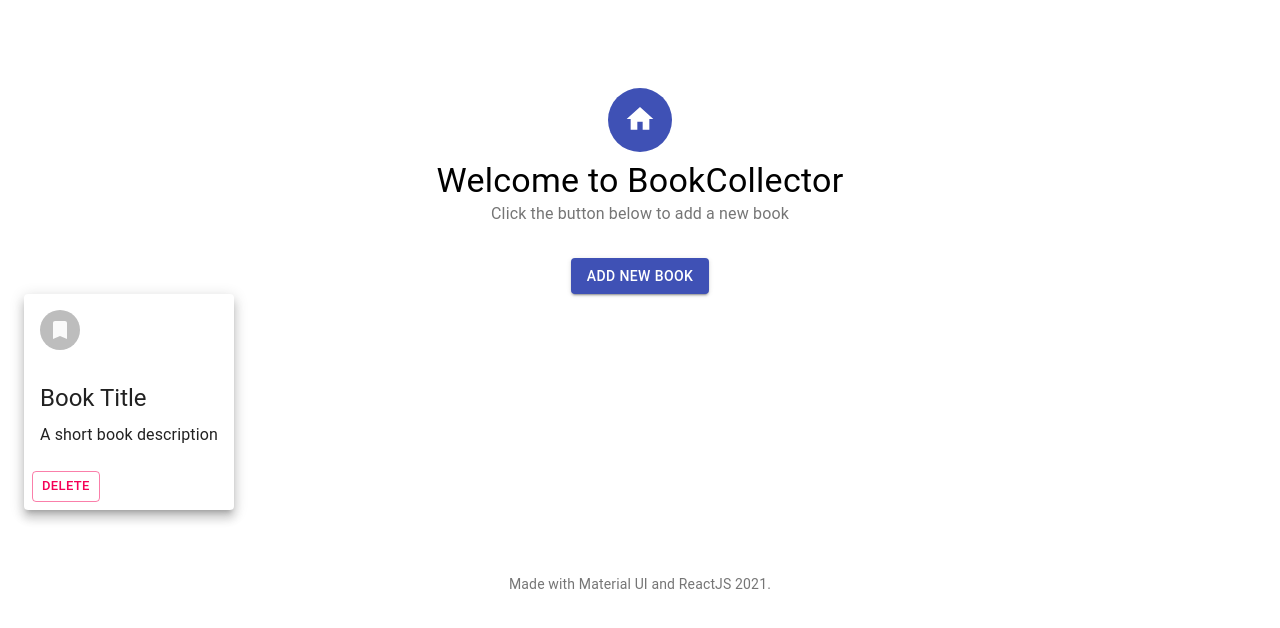
Repository: Colo-Codes/mini-project-react-book-collector
Page: /
An editor plug-in stored every save of this project. The page is shown before and after the next save, followed by the edit.
The browser window is 1280 px wide. The pictures show the whole page.
The project was rebuilt for these pictures with package versions that can differ from the ones it lists, and the page was loaded fresh each time. Also part of the build but not shown: src/Books/AddBookForm.js.

Above is the page before, as saved 2021-08-25 09:29:04.

### src/App.js
import React, { useState } from 'react';

import { Box, Button, makeStyles } from '@material-ui/core';
import { Home } from '@material-ui/icons';

import AddBookForm from './Books/AddBookForm';
import Copyright from './UI/Copyright';
import Header from './UI/Header';
import BooksGrid from './Books/BooksGrid';

const useStyles = makeStyles(theme => ({
  paper: {
    marginTop: theme.spacing(10),
    display: 'flex',
    flexDirection: 'column',
    alignItems: 'center',
  },
  icon: {
    color: 'white',
    width: theme.spacing(4),
    height: theme.spacing(4),
  },
  button: {
    marginTop: theme.spacing(4),
  }
}));

function App() {
  const [showAddBookForm, setShowAddBookForm] = useState(false);

  const classes = useStyles();

  const addNewBookHandler = () => {
    setShowAddBookForm(true);
  }

  return (
    <React.Fragment>
      <header className={classes.paper}>
        {showAddBookForm && <AddBookForm />} {/* Conditional Rendering */}
        {!showAddBookForm && <Header headerIcon={<Home className={classes.icon} />} headerContent={'Welcome to BookCollector'} textContent={'Click the button below to add a new book'} />} {/* Conditional Rendering */}
        {!showAddBookForm && <Button variant="contained" color="primary" onClick={addNewBookHandler} className={classes.button} >Add new book</Button>} {/* Conditional Rendering */}
      </header>
      <main>
        <BooksGrid />
      </main>
      <footer>
        <Box mt={8}><Copyright /></Box>
      </footer>
    </React.Fragment>
  );
}

export default App;

### src/UI/Copyright.js
import { Typography } from "@material-ui/core";
import { Link } from "@material-ui/core";

function Copyright() {
    return (
        <Typography variant="body2" color="textSecondary" align="center">
            {'Made with '}
            <Link color="inherit" href="https://material-ui.com/" target="_blank">
                Material UI
            </Link>{' and '}
            <Link color="inherit" href="https://reactjs.org/" target="_blank">
                ReactJS
            </Link>{' '}
            {new Date().getFullYear()}
            {'.'}
        </Typography>
    );
}

export default Copyright;

### src/UI/Header.js
import { Avatar, Typography, makeStyles } from "@material-ui/core";
import { Home } from '@material-ui/icons';

const useStyles = makeStyles(theme => ({
    paper: {
        // marginTop: theme.spacing(10),
        display: 'flex',
        flexDirection: 'column',
        alignItems: 'center',
    },
    avatar: {
        margin: theme.spacing(1),
        width: theme.spacing(8),
        height: theme.spacing(8),
        backgroundColor: theme.palette.primary.main,
    },
    lightGray: {
        color: theme.palette.text.secondary,
    },
}));

const Header = props => {
    const classes = useStyles();

    return (
        <div className={classes.paper}>
            <Avatar className={classes.avatar}>
                <div className={classes.icon}>{props.headerIcon}</div>
            </Avatar>
            <Typography variant="h4" component="h2">{props.headerContent}</Typography>
            <Typography variant="body1" className={classes.lightGray}>{props.textContent}</Typography>
        </div>
    );
}

export default Header;

### src/Books/BooksGrid.js
import { Button, makeStyles, Container, Grid, Card, CardContent, CardActions, Typography, CardHeader, Avatar } from '@material-ui/core';
import { TurnedIn } from '@material-ui/icons';

const BooksGrid = props => {

    return (
        <Container>
            <Grid container>
                <Grid item>
                    <Card raised>
                        <CardHeader avatar={<Avatar color="secondary"><TurnedIn /></Avatar>}>
                        </CardHeader>
                        <CardContent>
                            <Typography gutterBottom variant="h5" component="h2">
                                Book Title
                            </Typography>
                            <Typography variant="body1">
                                A short book description
                            </Typography>
                        </CardContent>
                        <CardActions>
                            <Button variant="outlined" size="small" color="secondary">
                                Delete
                            </Button>
                        </CardActions>
                    </Card>
                </Grid>
            </Grid>
        </Container>
    );
}

export default BooksGrid;

Loaded but not shown: public/index.html (common file); src/index.js (common file); src/index.css (common file)

After the next save:
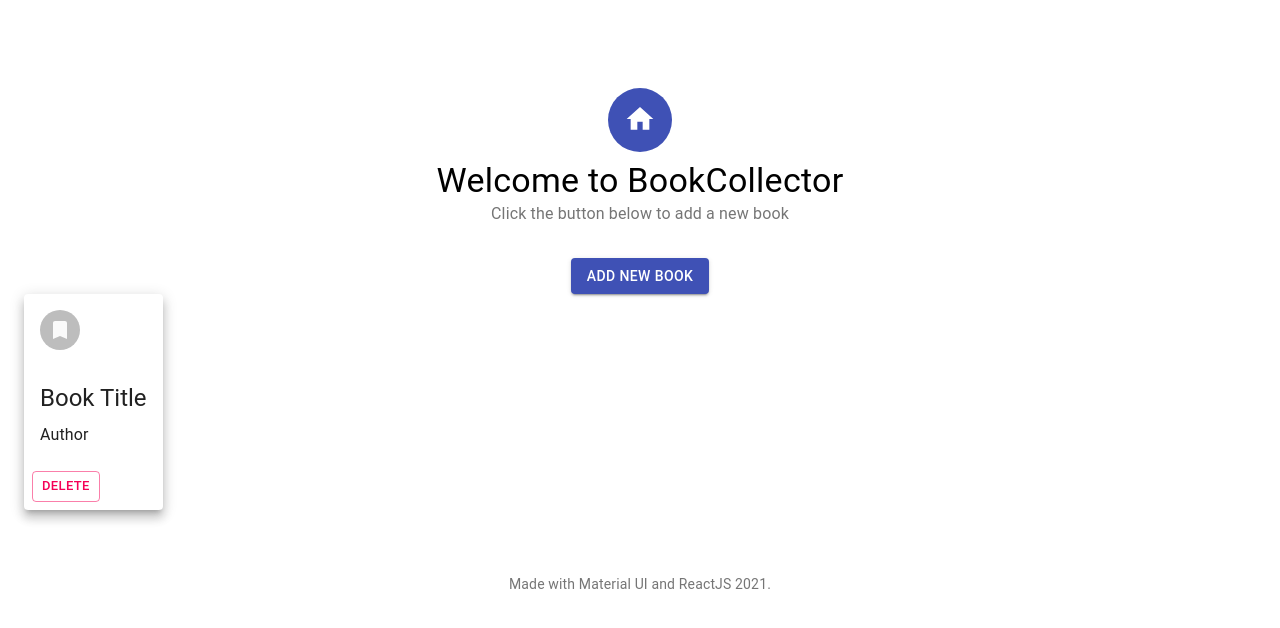
Saved 69 s later.
--- a/src/Books/BooksGrid.js
+++ b/src/Books/BooksGrid.js
@@ -15,7 +15,7 @@ const BooksGrid = props => {
                                 Book Title
                             </Typography>
                             <Typography variant="body1">
-                                A short book description
+                                Author
                             </Typography>
                         </CardContent>
                         <CardActions>
